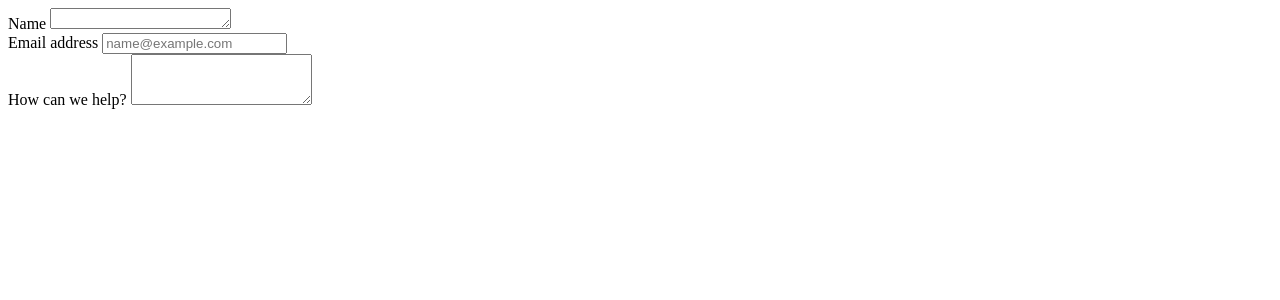
Repository: piemontc/dd-pharmacy
Page: public/pages/contact.html
The author's editor kept a record of every edit. The page is drawn from the files as they stood at one moment, then again after the next edit.
The browser window is 1280 px wide. The pictures show the whole page.

Above is the page before.

After the next edit:
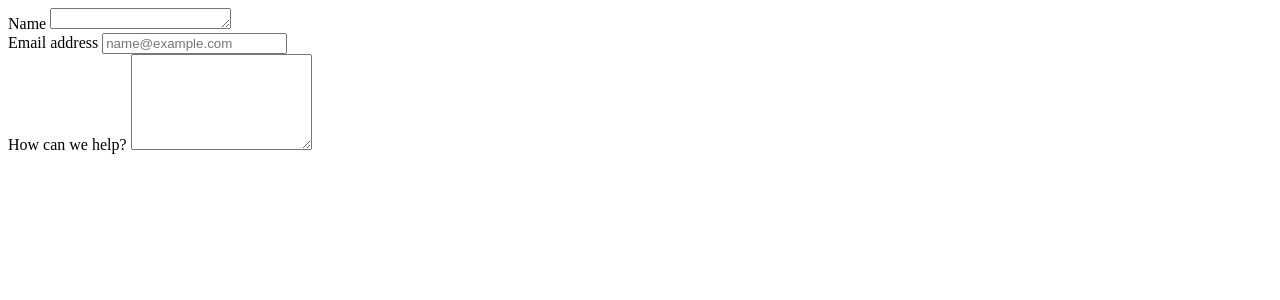
The edit:
--- a/public/pages/contact.html
+++ b/public/pages/contact.html
@@ -12,7 +12,7 @@
             </div>
             <div class="form-group">
                 <label for="message">How can we help?</label>
-                <textarea class="form-control" name="message" rows="3"></textarea>
+                <textarea class="form-control" name="message" rows="6"></textarea>
             </div>
         </form>
     </div>
